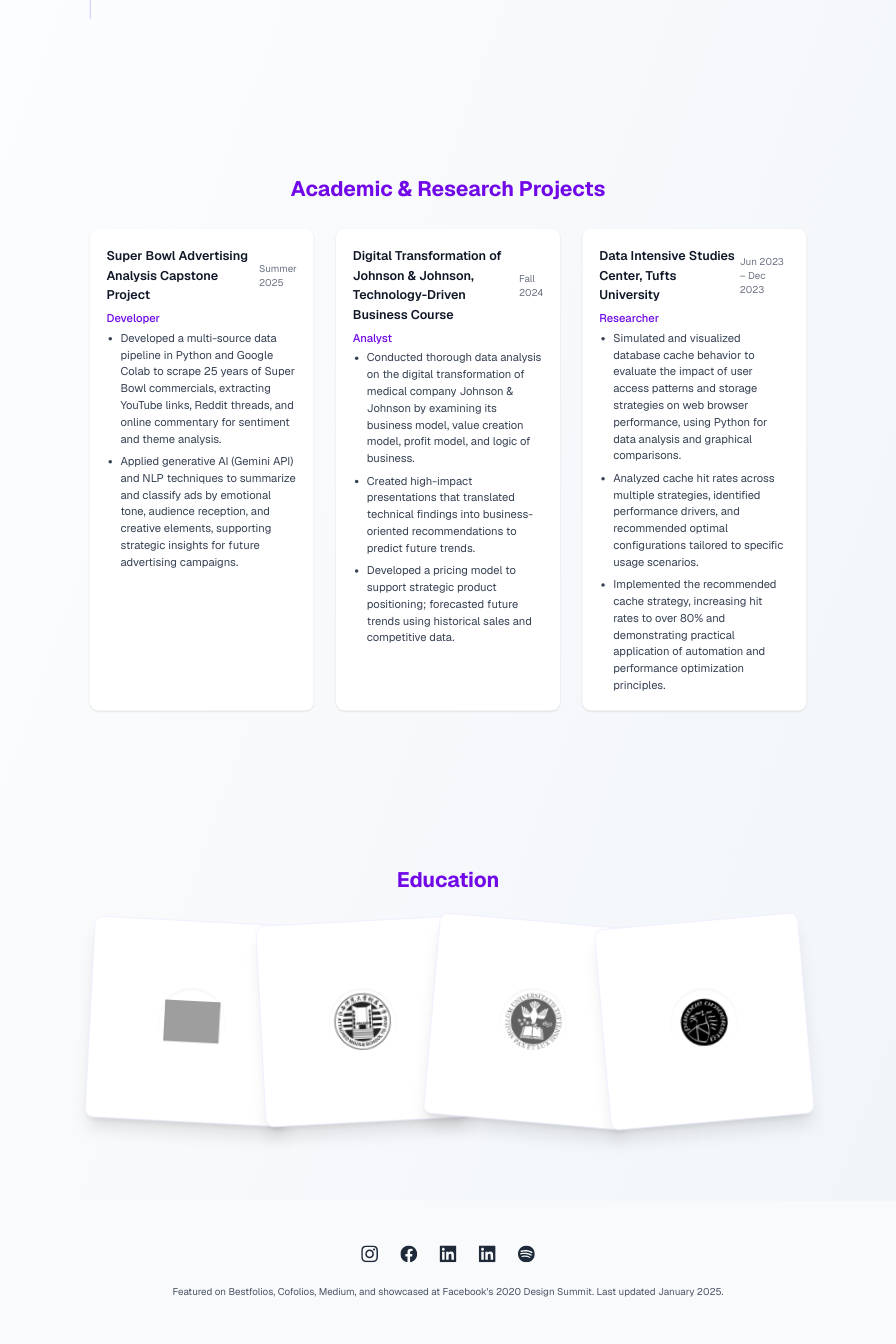
Repository: winniewyl/personal-portfolio
Page: /
These files come from the project's save history. The page is drawn as it stood at one moment and after the next save; the edit follows.
The browser window is 1280 px wide. The pictures show the part of the page from y = 1685 to 3605 px (the page is 3605 px tall), at 70% of full size.
Pictures or frames that could not be fetched are drawn as grey boxes. The project was rebuilt for these pictures with package versions that can differ from the ones it lists, and the page was loaded fresh each time. The framework's server and built-in components were replaced by stand-ins that run in the browser. Also part of the build but not shown: next.config.ts.

Above is the page before, as saved 2025-07-29 13:58:39.

After the next save:
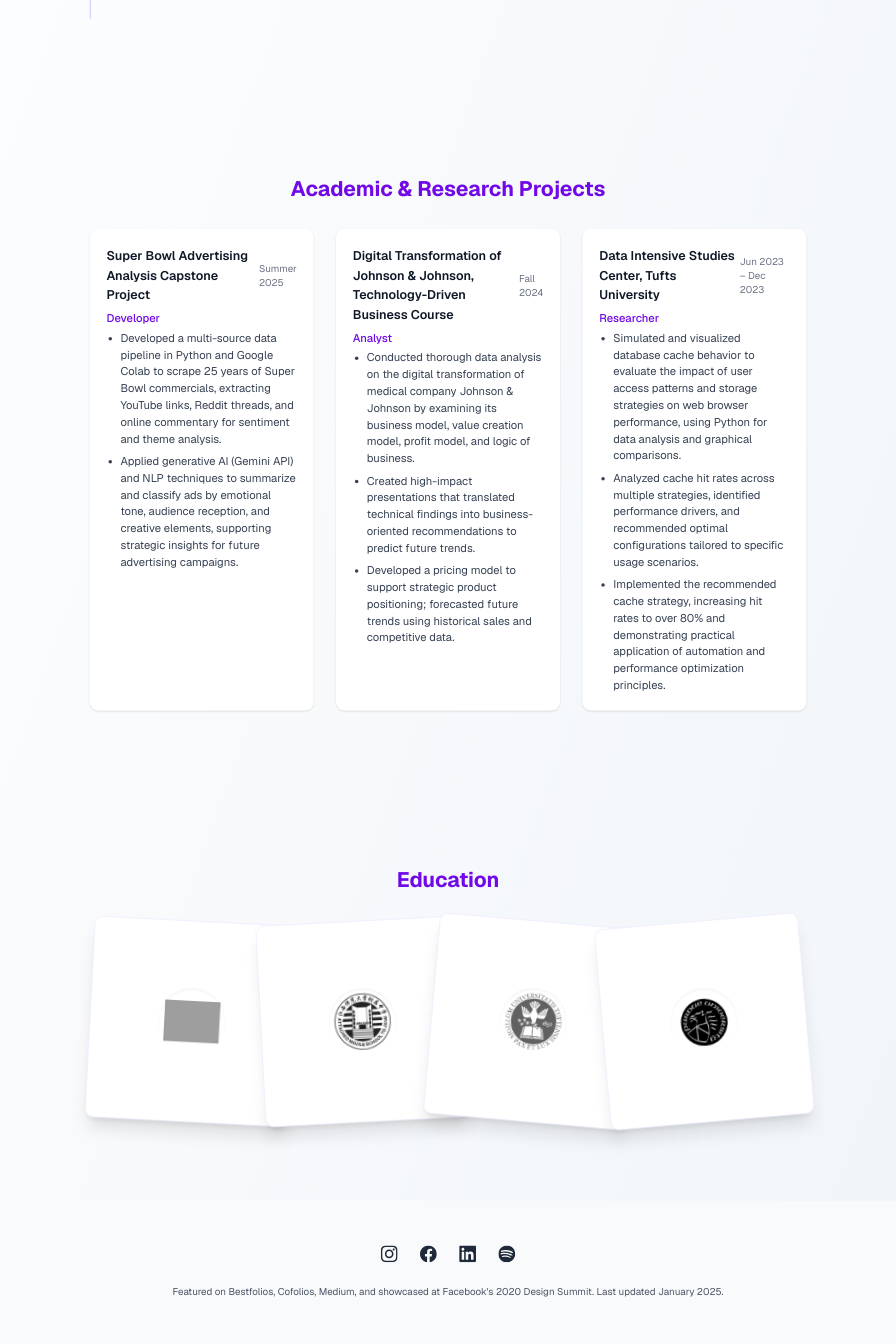
Saved 30 s later.
--- a/src/app/page.tsx
+++ b/src/app/page.tsx
@@ -381,14 +381,6 @@ export default function Home() {
               className="text-gray-800 dark:text-gray-200 hover:text-violet-600 transition-colors"
             >
               <svg className="w-6 h-6" fill="currentColor" viewBox="0 0 24 24">
-                <path d="M20.447 20.452h-3.554v-5.569c0-1.328-.027-3.037-1.852-3.037-1.853 0-2.136 1.445-2.136 2.939v5.667H9.351V9h3.414v1.561h.046c.477-.9 1.637-1.85 3.37-1.85 3.601 0 4.267 2.37 4.267 5.455v6.286zM5.337 7.433c-1.144 0-2.063-.926-2.063-2.065 0-1.138.92-2.063 2.063-2.063 1.14 0 2.064.925 2.064 2.063 0 1.139-.925 2.065-2.064 2.065zm1.782 13.019H3.555V9h3.564v11.452zM22.225 0H1.771C.792 0 0 .774 0 1.729v20.542C0 23.227.792 24 1.771 24h20.451C23.2 24 24 23.227 24 22.271V1.729C24 .774 23.2 0 22.222 0h.003z" />
-              </svg>
-            </a>
-            <a
-              href="#"
-              className="text-gray-800 dark:text-gray-200 hover:text-violet-600 transition-colors"
-            >
-              <svg className="w-6 h-6" fill="currentColor" viewBox="0 0 24 24">
                 <path d="M12 0C5.4 0 0 5.4 0 12s5.4 12 12 12 12-5.4 12-12S18.66 0 12 0zm5.521 17.34c-.24.359-.66.48-1.021.24-2.82-1.74-6.36-2.101-10.561-1.141-.418.122-.779-.179-.899-.539-.12-.421.18-.78.54-.9 4.56-1.021 8.52-.6 11.64 1.32.42.18.479.659.301 1.02zm1.44-3.3c-.301.42-.841.6-1.262.3-3.659-2.24-9.239-2.759-13.561-1.5-.479.12-1.02-.12-1.14-.6-.12-.48.12-1.021.6-1.141C9.6 9.9 15.6 10.561 19.8 13.2c.361.181.54.78.361 1.26zm.12-3.48C15.24 8.4 8.82 8.16 5.16 9.301c-.6.179-1.2-.181-1.38-.721-.18-.601.18-1.2.72-1.381 4.26-1.26 11.28-1.02 15.721 1.621.539.3.719 1.02.419 1.56-.299.421-1.02.599-1.559.3z" />
               </svg>
             </a>
